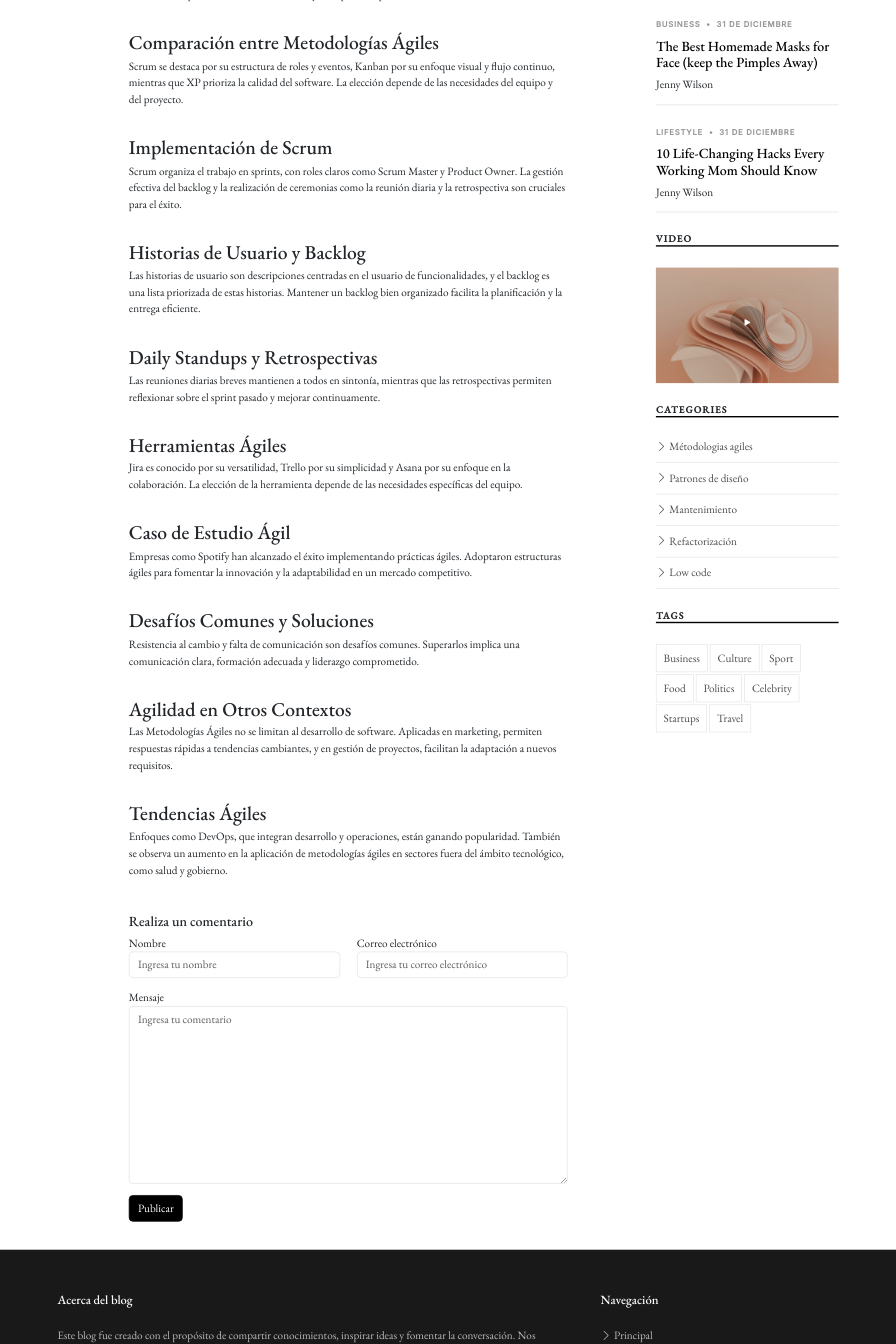
Repository: MiguelDev5/blog-miguel
Page: ma-post.html
An editor plug-in stored every save of this project. The page is shown before and after the next save, followed by the edit.
The browser window is 1280 px wide. The pictures show the part of the page from y = 825 to 2745 px (the page is 3064 px tall), at 70% of full size.
Some web fonts or font styles are not loaded; a fallback is used.

Above is the page before, as saved 2024-01-01 14:19:05.

After the next save:
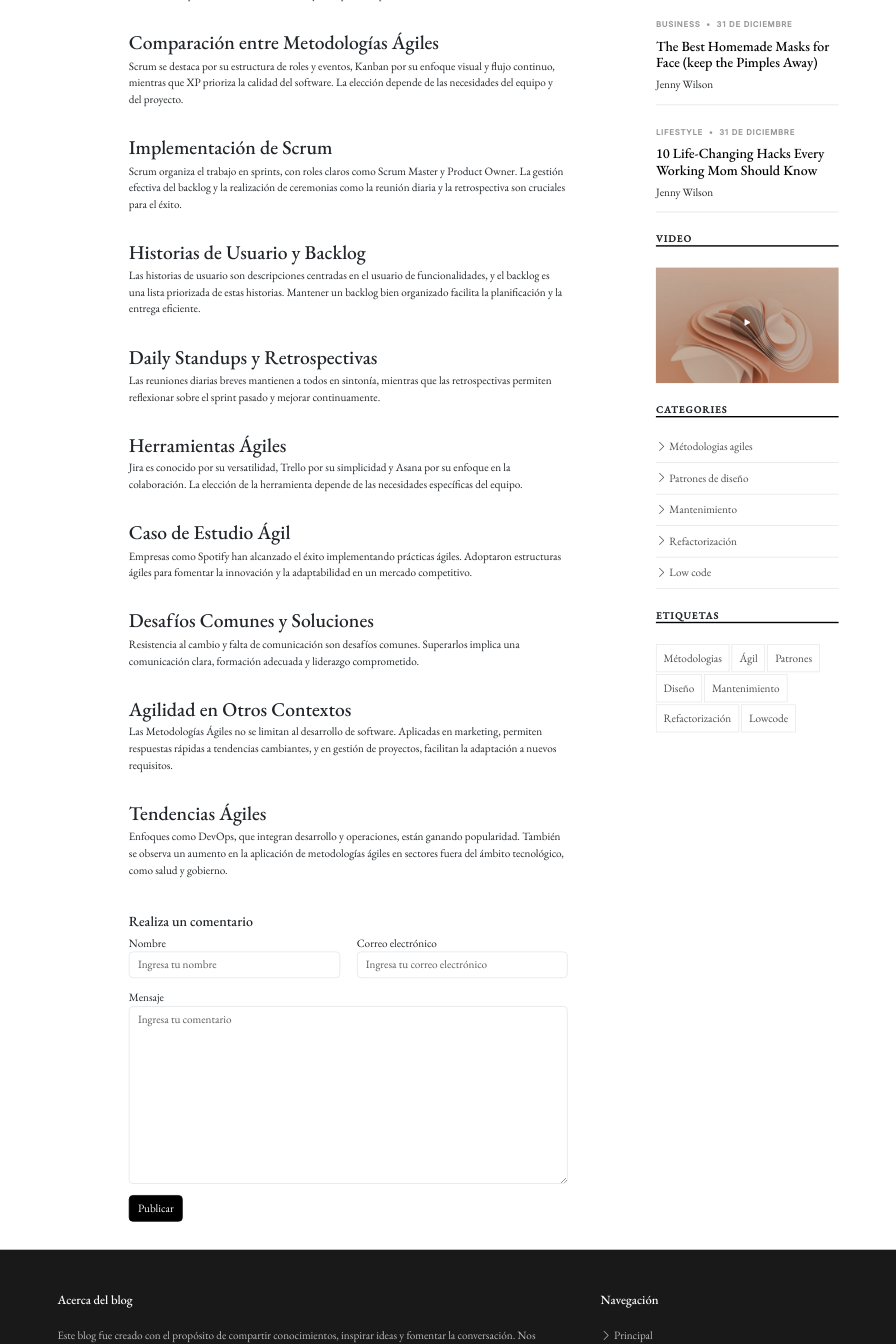
Saved 38 s later.
--- a/ma-post.html
+++ b/ma-post.html
@@ -285,16 +285,15 @@
             </div><!-- End Categories -->
 
             <div class="aside-block">
-              <h3 class="aside-title">Tags</h3>
+              <h3 class="aside-title">Etiquetas</h3>
               <ul class="aside-tags list-unstyled">
-                <li><a href="category.html">Business</a></li>
-                <li><a href="category.html">Culture</a></li>
-                <li><a href="category.html">Sport</a></li>
-                <li><a href="category.html">Food</a></li>
-                <li><a href="category.html">Politics</a></li>
-                <li><a href="category.html">Celebrity</a></li>
-                <li><a href="category.html">Startups</a></li>
-                <li><a href="category.html">Travel</a></li>
+                <li><a href="category.html">Métodologias</a></li>
+                <li><a href="category.html">Ágil</a></li>
+                <li><a href="category.html">Patrones</a></li>
+                <li><a href="category.html">Diseño</a></li>
+                <li><a href="category.html">Mantenimiento</a></li>
+                <li><a href="category.html">Refactorización</a></li>
+                <li><a href="category.html">Lowcode</a></li>
               </ul>
             </div><!-- End Tags -->
 
